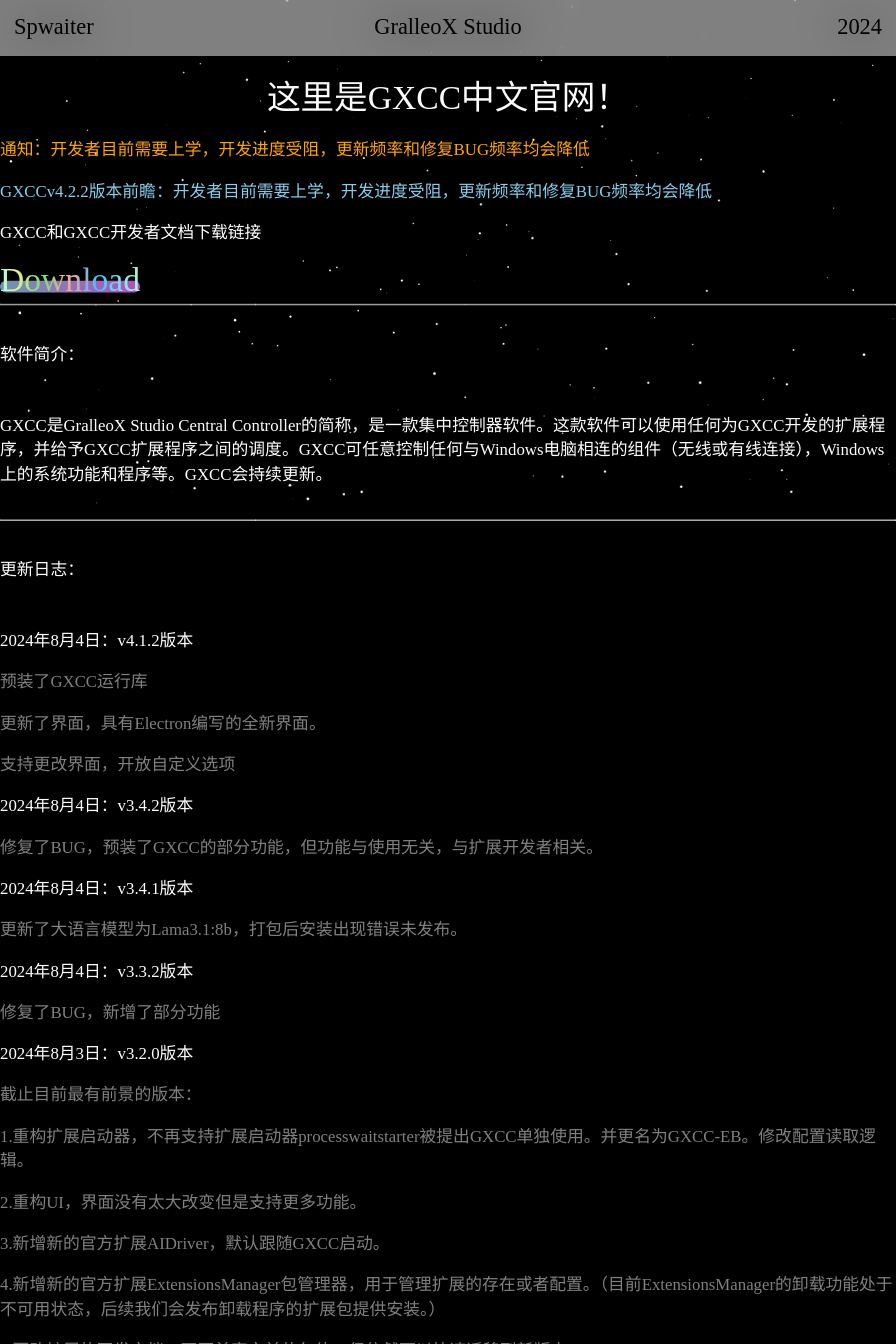
Repository: Lisu-Liso/GXCC
Page: index.html
An editor plug-in stored every save of this project. The page is shown before and after the next save, followed by the edit.
The browser window is 1280 px wide. The pictures show the part of the page from y = 0 to 1920 px (the page is 4007 px tall), at 70% of full size.

Above is the page before, as saved 2024-10-05 21:15:44.

### index.html
<!DOCTYPE html>
<html lang="zh">
    <head>
        <meta http-equiv="Content-Type" content="text/html;charset=utf-8">
        <title>GXCC - GralleoX Studio</title>
        <link rel="stylesheet" type="text/css" href="./header.css">
        <link rel="shortcut icon" href="./GralleoX logo v2 web.ico">
        <style>
            body{
                overflow        : scroll;
                background-color: black;
                top             : 0;
                bottom          : 0;
                left            : 0;
                right           : 0;
                margin-top      : 100px;
                margin-bottom   : 0;
                margin-left     : 0;
                margin-right    : 0;
                user-select     : none;
            }
            ::-webkit-scrollbar{display: none;}
            .getin_screen{
                position        : fixed;
                top             : 0;
                bottom          : 0;
                left            : 0;
                right           : 0;
                background-color: rgba(0,0,0,0);
                color           : rgba(0,0,0,0);
                animation       : getinanimation 4s ease-in-out;
                text-align      : center;
                display         : table-cell;
            }
            @keyframes getinanimation{
                0% {
                    background-color       : rgba(255,255,255,1);
                    color                  : black;
                    backdrop-filter        : blur(15px);
                    -webkit-backdrop-filter: blur(15px);
                }
                40% {
                    background-color       : rgba(255,255,255,0.5);
                    color                  : black;
                    backdrop-filter        : blur(15px);
                    -webkit-backdrop-filter: blur(15px);
                }
                70% {
                    background-color       : rgba(255,255,255,0.5);
                    color                  : black;
                    backdrop-filter        : blur(15px);
                    -webkit-backdrop-filter: blur(15px);
                }
                100% {
                    background-color       : rgba(0,0,0,0);
                    color                  : rgba(0,0,0,0);
                    backdrop-filter        : blur(0px);
                    -webkit-backdrop-filter: blur(0px);
                }
            }
            .download_block{
                position               : fixed;
                top                    : 100px;
                left                   : 100px;
                right                  : 100px;
                bottom                 : 100px;
                margin-top             : 10px;
                margin-left            : 10px;
                margin-right           : 10px;
                margin-bottom          : 10px;
                background-color       : rgba(255,255,255,0.5);
                backdrop-filter        : blur(15px);
                -webkit-backdrop-filter: blur(15px);
                border-radius          : 100px;
                box-shadow             : 0 20px 50px rgba(0,0,0,0.2);
            }
            @keyframes blockout{
                0% {
                    background-color       : rgba(255,255,255,0);
                    backdrop-filter        : blur(0px);
                    -webkit-backdrop-filter: blur(0px);
                    box-shadow             : 0 20px 50px rgba(0,0,0,0);
                    opacity                : 0;
                }
                100% {
                    background-color       : rgba(255,255,255,0.5);
                    backdrop-filter        : blur(15px);
                    -webkit-backdrop-filter: blur(15px);
                    box-shadow             : 0 20px 50px rgba(0,0,0,0.2);
                    opacity                : 1;
                }
            }
            @keyframes blockquite{
                0% {
                    background-color       : rgba(255,255,255,0.5);
                    backdrop-filter        : blur(15px);
                    -webkit-backdrop-filter: blur(15px);
                    box-shadow             : 0 20px 50px rgba(0,0,0,0.2);
                    opacity                : 1;
                }
                100% {
                    background-color       : rgba(255,255,255,0);
                    backdrop-filter        : blur(0px);
                    -webkit-backdrop-filter: blur(0px);
                    box-shadow             : 0 20px 50px rgba(0,0,0,0);
                    opacity                : 0;
                }
            }
            .header-float{
                position: fixed;
                top     : 0;
                left    : 0;
                right   : 0;
                width   : 100%;
            }
            .black_board{
                position               : fixed;
                top                    : 80px;
                left                   : 0;
                right                  : 0;
                bottom                 : 0;
                margin-top             : 0;
                margin-left            : 0;
                margin-right           : 0;
                margin-bottom          : 0;
                backdrop-filter        : blur(15px);
                -webkit-backdrop-filter: blur(15px);
                background-color       : rgba(0,0,0,0.3);
            }
            @keyframes boardout{
                0% {
                    backdrop-filter        : blur(0px);
                    -webkit-backdrop-filter: blur(0px);
                    background-color       : rgba(0,0,0,0);
                }
                100% {
                    backdrop-filter        : blur(15px);
                    -webkit-backdrop-filter: blur(15px);
                    background-color       : rgba(0,0,0,0.3);
                }
            }
            @keyframes boardquite{
                0% {
                    backdrop-filter        : blur(15px);
                    -webkit-backdrop-filter: blur(15px);
                    background-color       : rgba(0,0,0,0.3);
                }
                100% {
                    backdrop-filter        : blur(0px);
                    -webkit-backdrop-filter: blur(0px);
                    background-color       : rgba(0,0,0,0);
                }
            }
            .newbutton{
                background   : linear-gradient(75deg,rgba(145, 202, 240, 0.75),rgba(248, 102, 248, 0.75));
                border-radius: 20px;
                text-align   : center;
                cursor       : pointer;
            }
            :root {
                --rainbow-gradient: linear-gradient(-90deg,#adfbda 0,#35c3ff 30%,#fda399 50%,#76d880 70%,#ebf38b 90%,#adfbda 100%);
            }
            .article-header--title {
                background-image       : var(--rainbow-gradient,#fff);
                background-size        : 100%;
                background-repeat      : repeat;
                background-clip        : text;
                -webkit-background-clip: text;
                -webkit-text-fill-color: transparent;
                -moz-background-clip   : text;
                -moz-text-fill-color   : transparent;
                filter                 : drop-shadow(0 0 2rpx #000);
                text-shadow            : none!important;
                cursor                 : pointer;
            }
            a{
                text-decoration: none;
            }
            font{
                cursor : default;
            }
            .backgroundimage{
                position: fixed;
                top     : 0;
                left    : 0;
                right   : 0;
                width   : 100%;
                height  : 100%;
                z-index: -1;
            }
            .normaltext{
                font-size: 18pt;
                color: white;
            }
            .smallnormaltext{
                font-size: 12pt;
                color: white;
            }
        </style>
    </head>
    <body>
        <canvas id="bgCanvas" class="backgroundimage"></canvas>
        <script>
            // 获取画布
            var canvas = document.getElementById('bgCanvas');
            var ctx = canvas.getContext('2d');

            // 设置画布尺寸与窗口大小一致
            canvas.width = window.innerWidth;
            canvas.height = window.innerHeight;

            // 创建一个数组用于存储星星的信息
            var stars = [];

            // 创建星星对象
            function Star(x, y, radius, color, speed) {
                this.x = x;
                this.y = y;
                this.radius = radius;
                this.color = color;
                this.speed = speed;
            }

            // 初始化星星
            function init() {
                for (var i = 0; i < 200; i++) {
                    var x = Math.random() * canvas.width;
                    var y = Math.random() * canvas.height;
                    var radius = Math.random() * 2;
                    var color = 'white';
                    var speed = Math.random() * 0.5;

                    stars.push(new Star(x, y, radius, color, speed));
                }
            }

            // 绘制星星
            function drawStars() {
                ctx.clearRect(0, 0, canvas.width, canvas.height);

                for (var i = 0; i < stars.length; i++) {
                    var star = stars[i];

                    ctx.beginPath();
                    ctx.arc(star.x, star.y, star.radius, 0, Math.PI * 2);
                    ctx.fillStyle = star.color;
                    ctx.fill();
                }
            }

            // 更新星星位置
            function updateStars() {
                for (var i = 0; i < stars.length; i++) {
                    var star = stars[i];

                    star.x += star.speed;

                    if (star.x > canvas.width) {
                        star.x = 0;
                    }
                }
            }

            // 动画循环
            function animate() {
                requestAnimationFrame(animate);

                drawStars();
                updateStars();
            }

            // 初始化并启动动画
            init();
            animate();
        </script>
        <div style="text-align:center;top:0;left:0;right:0;"><font size="7"color="white">这里是GXCC中文官网！</font></div>
        <p class="normaltext" style="color: orange;">通知：开发者目前需要上学，开发进度受阻，更新频率和修复BUG频率均会降低</p>
        <p class="normaltext" style="color: skyblue;">GXCCv4.2.2版本前瞻：开发者目前需要上学，开发进度受阻，更新频率和修复BUG频率均会降低</p>
        <p class="normaltext">GXCC和GXCC开发者文档下载链接</p>
        <a class="newbutton" onclick="join_us()"><font class="article-header--title" size="7">Download</font></a>
        <div class="black_board" id="bb"></div>
        <div class="download_block" id="download_block">
            <div style="text-align: center">
                <a class="newbutton" onclick="close_download_block()"><font class="article-header--title" size="7">点击关闭此框</font></a>
            </div>
            <div style="margin-left: 1cm;">
                <font size="7" color="black">这里是下载链接</font>
                <br>
                <font class="normaltext" style="color:red;">如果杀毒软件报告有病毒请忽略，此软件已经经过Microsoft Defender检测，360纯属误报。</font>
                <br>
                <font class="smallnormaltext" style="color: #76d880;">软件声明：您对AI说过的一切内容由你本地的计算机进行计算和处理，无需上传网络，请放心共享您的信息。出于运行需要，你对AI分享的信息会被作为日志保存在AIDriver扩展的文件夹中的日志文件中，如果你需要清除这些信息，请不要删除这些文件。请打开文件并写入‘1’作为占位，否则会影响AIDriver的正常运行。</font>
                <br>
                <a class="normaltext newbutton" href="https://github.com/Lisu-Liso/GXCC/releases">Link</a>
            </div>
        </div>
        <hr/>
        <br>
        <p class="normaltext">软件简介：</p>
        <br>
        <p class="normaltext">GXCC是GralleoX Studio Central Controller的简称，是一款集中控制器软件。这款软件可以使用任何为GXCC开发的扩展程序，并给予GXCC扩展程序之间的调度。GXCC可任意控制任何与Windows电脑相连的组件（无线或有线连接），Windows上的系统功能和程序等。GXCC会持续更新。</p>
        <br>
        <hr/>
        <br>
        <p class="normaltext">更新日志：</p>
        <br>
        <p class="normaltext">2024年8月4日：v4.1.2版本</p>
        <p class="normaltext" style="color: grey;">预装了GXCC运行库</p>
        <p class="normaltext" style="color: grey;">更新了界面，具有Electron编写的全新界面。</p>
        <p class="normaltext" style="color: grey;">支持更改界面，开放自定义选项</p>
        <p class="normaltext" style="color: grey;"></p>
        <p class="normaltext">2024年8月4日：v3.4.2版本</p>
        <p class="normaltext" style="color: grey;">修复了BUG，预装了GXCC的部分功能，但功能与使用无关，与扩展开发者相关。</p>
        <p class="normaltext">2024年8月4日：v3.4.1版本</p>
        <p class="normaltext" style="color: grey;">更新了大语言模型为Lama3.1:8b，打包后安装出现错误未发布。</p>
        <p class="normaltext">2024年8月4日：v3.3.2版本</p>
        <p class="normaltext" style="color: grey;">修复了BUG，新增了部分功能</p>
        <p class="normaltext">2024年8月3日：v3.2.0版本</p>
        <p class="normaltext" style="color: grey;">截止目前最有前景的版本：</p>
        <p class="normaltext" style="color: grey;">1.重构扩展启动器，不再支持扩展启动器processwaitstarter被提出GXCC单独使用。并更名为GXCC-EB。修改配置读取逻辑。</p>
        <p class="normaltext" style="color: grey;">2.重构UI，界面没有太大改变但是支持更多功能。</p>
        <p class="normaltext" style="color: grey;">3.新增新的官方扩展AIDriver，默认跟随GXCC启动。</p>
        <p class="normaltext" style="color: grey;">4.新增新的官方扩展ExtensionsManager包管理器，用于管理扩展的存在或者配置。（目前ExtensionsManager的卸载功能处于不可用状态，后续我们会发布卸载程序的扩展包提供安装。）</p>
        <p class="normaltext" style="color: grey;">5.更改扩展的开发文档，不再兼容之前的包体，但依然可以快速迁移到新版本。</p>
        <br>
        <p class="normaltext">2024年?月?日：v2.1.0版本</p>
        <p class="normaltext" style="color: grey;">该版本由于BUG极多并未发布，但是功能如下：</p>
        <p class="normaltext" style="color: grey;">1.修改了扩展启动器逻辑</p>
        <p class="normaltext" style="color: grey;">2.更新了扩展包包体结构</p>
        <p class="normaltext" style="color: grey;">3.弃用了v1.0.0版本中的对Extensions分类的名字</p>
        <p class="normaltext" style="color: grey;">3.分离内核与UI代码，扩大了UI程序的可扩展性。</p>
        <br>
        <p class="normaltext">2024年3月17日：v1.0.0版本</p>
        <p class="normaltext" style="color: grey;">能够使用最基本的Listenner和Runner扩展程序，支持Extend Extensions。</p>
        <hr>
        <p class="normaltext">使用的开发工具和依赖：</p>
        <p class="normaltext" style="color:orange;">GXCC：（部分行存在链接）</p>
        <p class="normaltext" style="color:grey;">Qt Creator 4.11.1 x64</p>
        <p class="normaltext" style="color:grey;">Electron v31.4.0</p>
        <p class="normaltext" style="color:orange;">GXCC_Core：（部分行存在链接）</p>
        <p class="normaltext" style="color:grey;">Qt Creator 4.11.1 x64</p>
        <a href="https://github.com/nlohmann/json"><p class="normaltext" style="color:grey;">nlohmann/json.hpp</p></a>
        <p class="normaltext" style="color:orange;">GXCC-EB：（部分行存在链接）</p>
        <p class="normaltext" style="color:grey;">Qt Creator 4.11.1 x64</p>
        <a href="https://github.com/nlohmann/json"><p class="normaltext" style="color:grey;">nlohmann/json.hpp</p></a>
        <p class="normaltext" style="color:orange;">ExtensionInstaller：（部分行存在链接）</p>
        <p class="normaltext" style="color:grey;">TDM-GCC-64 10.3.0</p>
        <a href="https://github.com/nlohmann/json"><p class="normaltext" style="color:grey;">nlohmann/json.hpp</p></a>
        <p class="normaltext" style="color:orange;">test扩展-监听器示例：</p>
        <p class="normaltext" style="color:grey;">TDM-GCC-64 10.3.0</p>
        <p class="normaltext" style="color:orange;">test2扩展-执行器示例：</p>
        <p class="normaltext" style="color:grey;">TDM-GCC-64 10.3.0</p>
        <p class="normaltext" style="color:orange;">ExtensionsManager：（部分行存在链接）</p>
        <p class="normaltext" style="color:grey;">Qt Creator 4.11.1 x64</p>
        <a href="https://github.com/nlohmann/json"><p class="normaltext" style="color:grey;">nlohmann/json.hpp</p></a>
        <p class="normaltext" style="color: brown;">ExtensionInstaller</p>
        <p class="normaltext" style="color: brown;">ExtensionUninstaller（未完成开发）</p>
        <p class="normaltext" style="color:orange;">AIDriver（GXCC3特色官方扩展）：（部分行存在链接）</p>
        <p class="normaltext" style="color:grey;">TDM-GCC-64 10.3.0</p>
        <p class="normaltext" style="color:grey;">Python 3.12 x64</p>
        <p class="normaltext" style="color:grey;">TDM-GCC-64 10.3.0</p>
        <p class="normaltext" style="color:grey;">Python 3.12 x64</p>

        <div class="headerblock">
            <div class="centertext"><font size="6">GralleoX Studio</font></div>
            <div class="lefttext"><font size="6">Spwaiter</font></div>
            <div class="righttext"><font size="6">2024</font></div>
        </div>
        <div class="getin_screen" id="getin">
            <font size="7" id="getintext">网站正在加载，请稍后...</font>
        </div>
    </body>
    <script type="text/javascript">
        let t = document.getElementById("download_block");
        t.style.display = "none";

        t = document.getElementById("bb");
        t.style.display = "none";
    </script>
    <script type="text/javascript">
        setTimeout(function(){
            let t = document.getElementById("getintext");
            t.innerHTML = "网站加载完毕，即将进入网站。";
            setTimeout(function(){
                let t = document.getElementById("getin");
                t.style.display = "none";
            },2000);
        },2000);
        function join_us(){
            let t = document.getElementById("download_block");
            t.style.display = "block";
            t.style.animation = "blockout 0.5s ease-in-out";

            t = document.getElementById("bb");
            t.style.display = "block";
            t.style.animation = "boardout 0.5s ease-in-out";
        }
        function close_download_block(){
            let t = document.getElementById("download_block");
            t.style.animation = "blockquite 0.5s ease-in-out";

            t = document.getElementById("bb");
            t.style.animation = "boardquite 0.5s ease-in-out";
            setTimeout(function(){
                let t = document.getElementById("download_block");
                t.style.display = "none";

                t = document.getElementById("bb");
                t.style.display = "none";
            },500);
        }
    </script>
</html>

### header.css
.headerblock{
    position               : fixed;
    top                    : 0px;
    left                   : 0px;
    right                  : 0px;
    margin-top             : 0px;
    margin-left            : 0px;
    margin-right           : 0px;
    width                  : 100%;
    height                 : 80px;
    background-color       : rgba(255,255,255,0.5);
    backdrop-filter        : blur(10px);
    -webkit-backdrop-filter: blur(10px);
    box-shadow             : 0 20px 50px rgba(0,0,0,0.2);
    align-items            : center;
}
.centertext{
    position    : fixed;
    top         : 0;
    left        : 0;
    right       : 0;
    margin-top  : 20px;
    margin-left : 20px;
    margin-right: 20px;
    text-align  : center;
    filter      : drop-shadow(0 0 2rem #000);
    text-shadow : none!important;
    color       : black;
}
.lefttext{
    position    : fixed;
    top         : 0;
    left        : 0;
    right       : 0;
    margin-top  : 20px;
    margin-left : 20px;
    margin-right: 20px;
    text-align  : left;
    filter      : drop-shadow(0 0 2rem #000);
    text-shadow : none!important;
    color       : black;
}
.righttext{
    position    : fixed;
    top         : 0;
    left        : 0;
    right       : 0;
    margin-top  : 20px;
    margin-left : 20px;
    margin-right: 20px;
    text-align  : right;
    filter      : drop-shadow(0 0 2rem #000);
    text-shadow : none!important;
    color       : black;
}

After the next save:
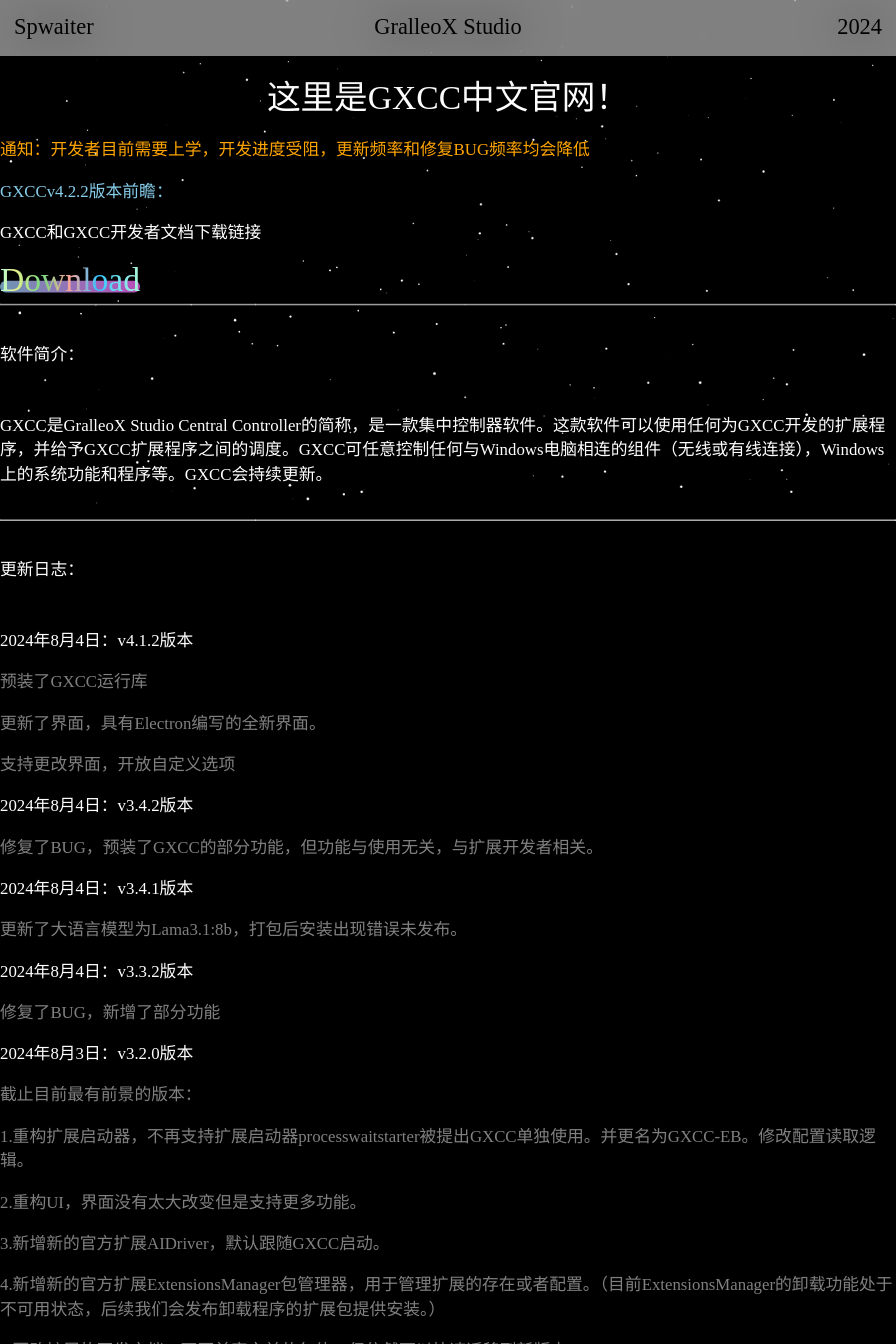
Saved 9 s later.
--- a/index.html
+++ b/index.html
@@ -275,7 +275,7 @@
         </script>
         <div style="text-align:center;top:0;left:0;right:0;"><font size="7"color="white">这里是GXCC中文官网！</font></div>
         <p class="normaltext" style="color: orange;">通知：开发者目前需要上学，开发进度受阻，更新频率和修复BUG频率均会降低</p>
-        <p class="normaltext" style="color: skyblue;">GXCCv4.2.2版本前瞻：开发者目前需要上学，开发进度受阻，更新频率和修复BUG频率均会降低</p>
+        <p class="normaltext" style="color: skyblue;">GXCCv4.2.2版本前瞻：</p>
         <p class="normaltext">GXCC和GXCC开发者文档下载链接</p>
         <a class="newbutton" onclick="join_us()"><font class="article-header--title" size="7">Download</font></a>
         <div class="black_board" id="bb"></div>
